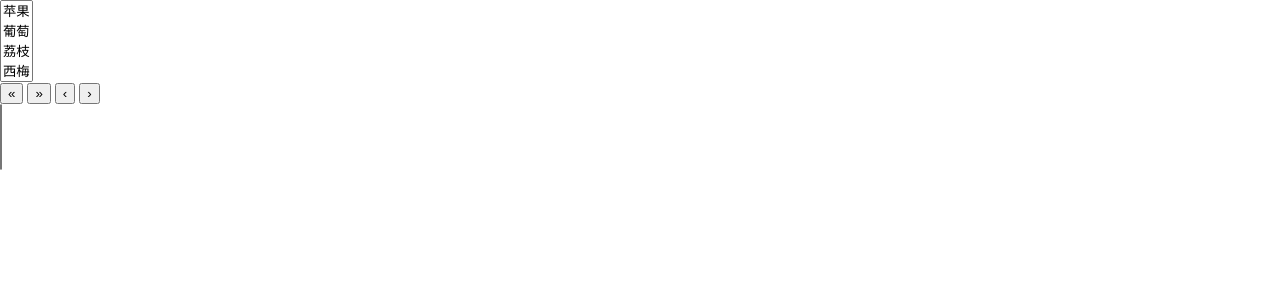
Repository: tfdonna/fontend
Page: js第一阶段/jquery/WebContent/hw02-移动选项.html
An editor plug-in stored every save of this project. The page is shown before and after the next save, followed by the edit.
The browser window is 1280 px wide. The pictures show the whole page.

Above is the page before, as saved 2021-09-06 11:58:31.

### js第一阶段/jquery/WebContent/hw02-移动选项.html
<!DOCTYPE html>
<html>
<head>
	<meta charset="UTF-8">
	<title>Insert title here</title>
	<script type="text/javascript" src="jquery.js"></script>
	<style type="text/css">
	body {
	   margin: 0;
	   padding: 0;
    }
    .box{

    }
	</style>
</head>
<body>
    <div class="box">
        <select class="t1" multiple="multiple" id="first">
            <option value="fruit">苹果</option>
            <option value="fruit">葡萄</option>
            <option value="fruit">荔枝</option>
            <option value="fruit">西梅</option>
            <option value="fruit">香蕉</option>
        </select>
    </div>
    <div class="btn">
        <button>«</button>
        <button>»</button>
        <button>‹</button>
        <button>›</button>
    </div>
    <div class="box2">
        <select class="t1" multiple="multiple" id="second"></select>
    </div>
</body>
</html>

Loaded but not shown: js第一阶段/jquery/WebContent/jquery.js (library)

After the next save:
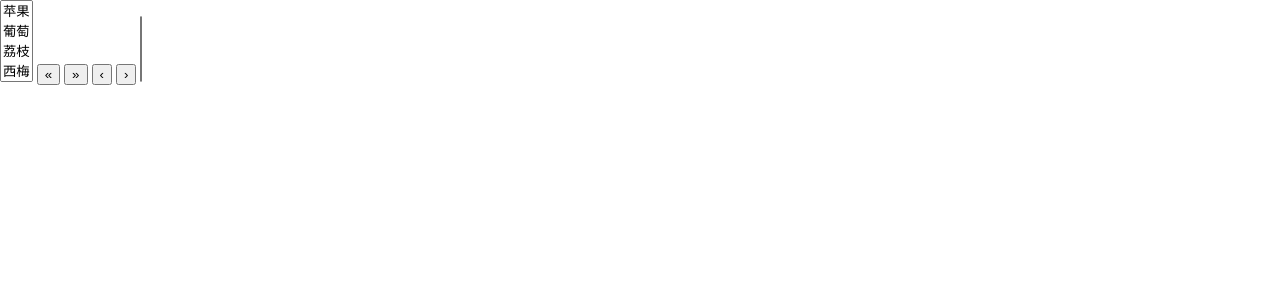
Saved 44 s later.
--- a/js第一阶段/jquery/WebContent/hw02-移动选项.html
+++ b/js第一阶段/jquery/WebContent/hw02-移动选项.html
@@ -9,8 +9,8 @@
 	   margin: 0;
 	   padding: 0;
     }
-    .box{
-
+    .box, .box2, .btn{
+        display: inline-block;
     }
 	</style>
 </head>
